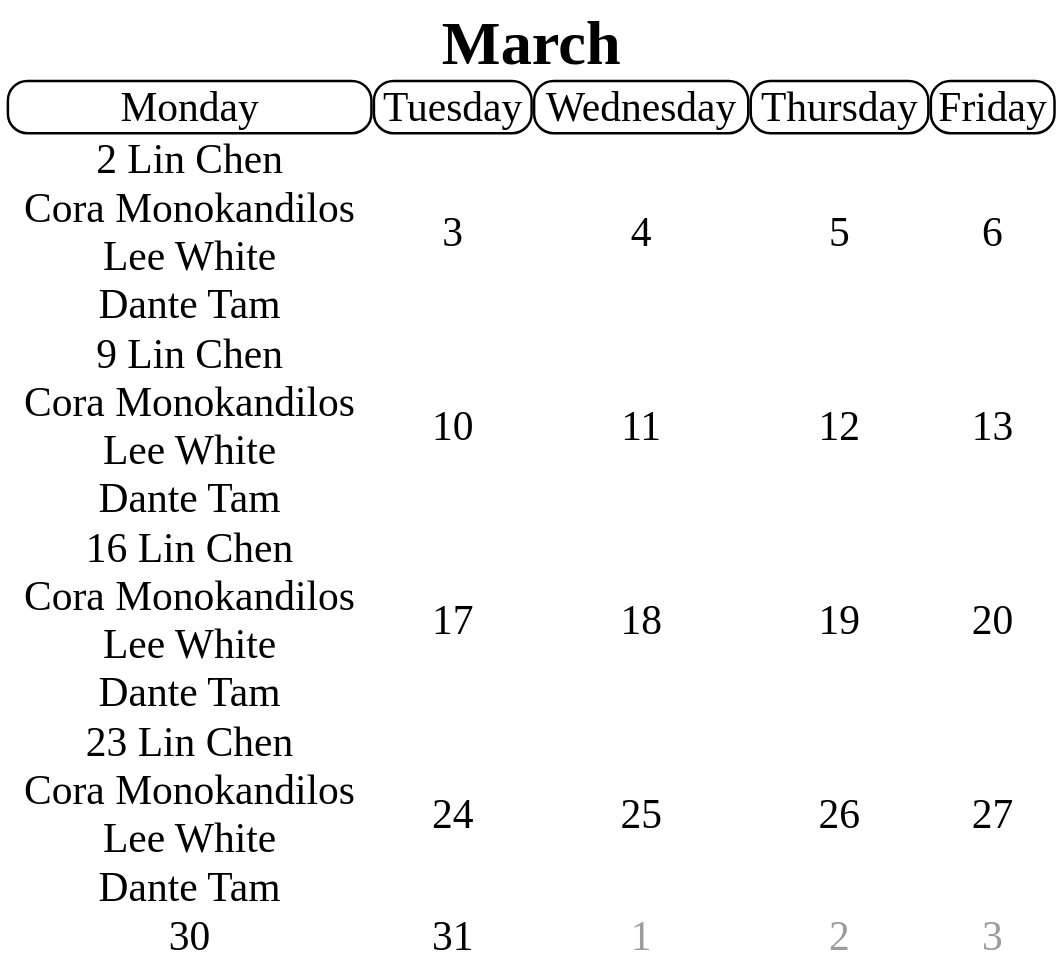
Repository: shleewhite/missionBitCalendar
Page: views/mar.html
The author's editor kept a record of every edit. The page is drawn from the files as they stood at one moment, then again after the next edit.
The browser window is 1280 px wide. The pictures show the whole page, at 83% of full size.

Above is the page before.

### views/mar.html
<article id="mar">
<html>
    <link rel="stylesheet" type="text/css" href="main.css">
    <head></head>
    <body>
        <table id="monthTable">
                <th class="monthHeader" colspan="5">March</th>
            <tr>
                <td class="weekday">Monday</td>
                <td class="weekday">Tuesday</td>
                <td class="weekday">Wednesday</td>
                <td class="weekday">Thursday</td>
                <td class="weekday">Friday</td>
            </tr>
            <tr>
                <td>2 Lin Chen<br>Cora Monokandilos<br>Lee White<br>Dante Tam</td>
                <td>3</td>
                <td>4</td>
                <td>5</td>
                <td>6</td>
            </tr>
            <tr>
                <td>9 Lin Chen<br>Cora Monokandilos<br>Lee White<br>Dante Tam</td>
                <td>10</td>
                <td>11</td>
                <td>12</td>
                <td>13</td>
            </tr>
            <tr>
                <td>16 Lin Chen<br>Cora Monokandilos<br>Lee White<br>Dante Tam</td>
                <td>17</td>
                <td>18</td>
                <td>19</td>
                <td>20</td>
            </tr>
            <tr>
                <td>23 Lin Chen<br>Cora Monokandilos<br>Lee White<br>Dante Tam</td>
                <td>24</td>
                <td>25</td>
                <td>26</td>
                <td>27</td>
            </tr>
            <tr>
                <td>30</td>
                <td>31</td>
                <td class="nextMonth">1</td>
                <td class="nextMonth">2</td>
                <td class="nextMonth">3</td>
            </tr>
        </table>
    </body>
</html>

### views/main.css
table {
    text-align: center;
    font-size: 50px;
    width: 100%;
    height: 700px;
    border-spacing: 50px 20px;

}
table th {
    text-align: center;
}
#year{
    /*font-family: 'Lobster', cursive;*/
    font-size: 100px;
}
.month{
    border-collapse: separate;
    border-color: #000000;
    border-radius: 25px;
    border-style: double;

    border-top-width: 15px;
    border-bottom-width: 15px;
    border-left-width: 15px;
    border-right-width: 15px;
    cursor: pointer;
}
.monthHeader {
    font-size: 75px;
    border-style: none;
}
.weekday {
    font-size: 50px;
    border-style: solid;
    border-radius: 25px;
}
#monthTable {
    border-spacing: 0px;
    border-color: #000000;
    border-radius: 25px;
    cursor: pointer;
    padding: 0px;
}
.days {
    font-size: 20px;
    text-align: left;
    border-style: double;
}
.noOne {
    text-align: center;
}
.nextMonth {
    color: #9C9C9C;
}

After the next edit:
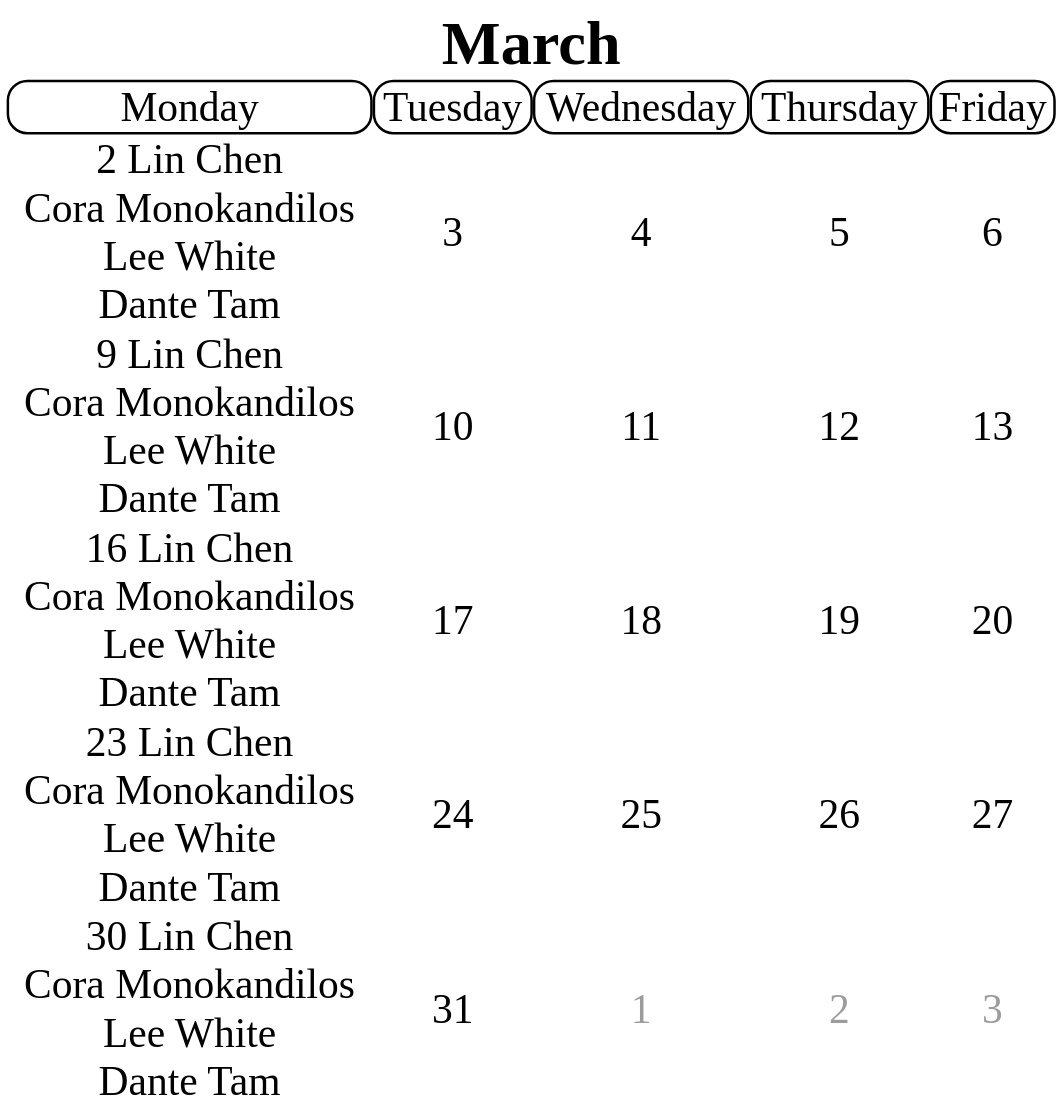
The edit:
--- a/views/mar.html
+++ b/views/mar.html
@@ -41,7 +41,7 @@
                 <td>27</td>
             </tr>
             <tr>
-                <td>30</td>
+                <td>30 Lin Chen<br>Cora Monokandilos<br>Lee White<br>Dante Tam</td>
                 <td>31</td>
                 <td class="nextMonth">1</td>
                 <td class="nextMonth">2</td>
